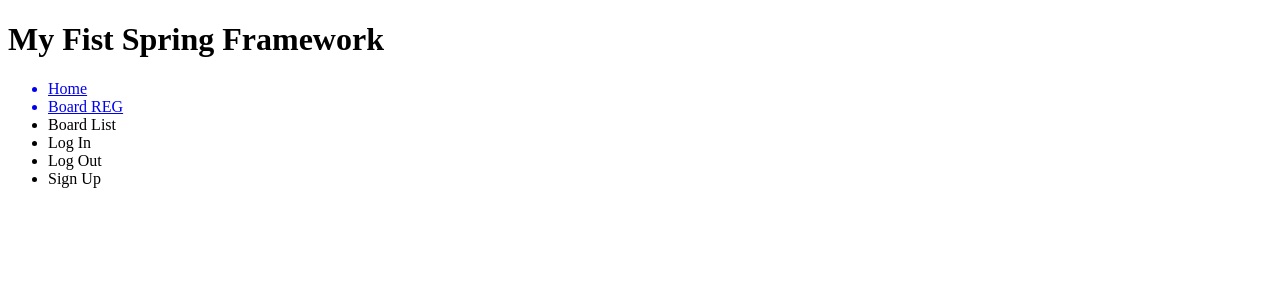
Repository: dhalfks/springSecurityTest
Page: http://localhost/springTest/WEB-INF/views/board/register.jsp
The author's editor kept a copy of each file at every save. The page is drawn from the files as they stood at one save, then again after the next save.
The browser window is 1280 px wide. The pictures show the whole page.
The page is served by Tomcat 9. Nobody is signed in. The template is opened directly, without the code that normally fills it, so the values that code supplies are empty.

Above is the page before, as saved 2023-09-29 09:53:54.

After the next save:
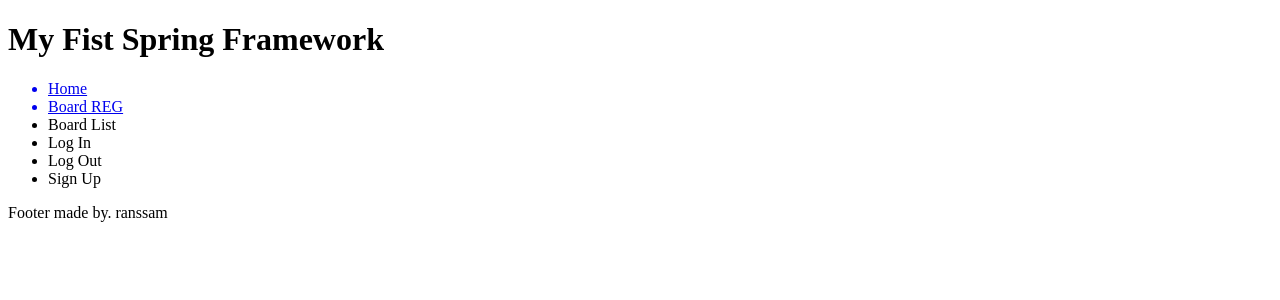
Saved 13 s later.
--- a/_spring_workspace/springTest/src/main/webapp/WEB-INF/views/board/register.jsp
+++ b/_spring_workspace/springTest/src/main/webapp/WEB-INF/views/board/register.jsp
@@ -4,5 +4,4 @@
 <jsp:include page="../common/header.jsp" />
 <jsp:include page="../common/nav.jsp" />
 
-</body>
-</html>
+<jsp:include page="../common/footer.jsp" />
